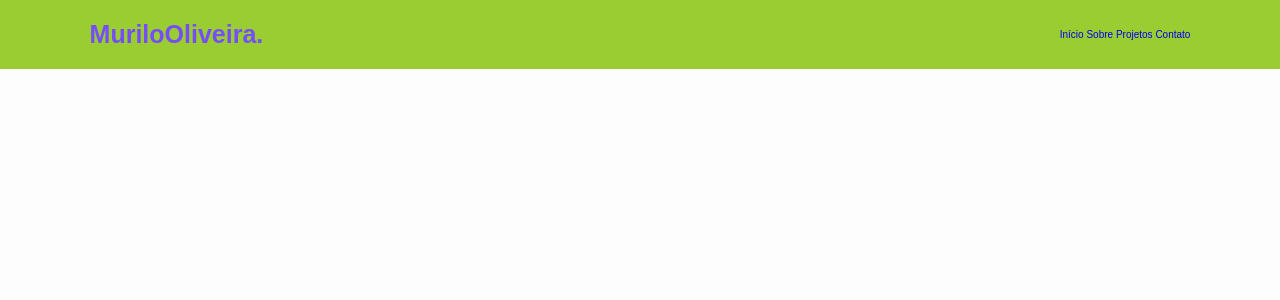
Repository: devMuriloOliveira/Portfolio-
Page: index.html
An editor plug-in stored every save of this project. The page is shown before and after the next save, followed by the edit.
The browser window is 1280 px wide. The pictures show the whole page.

Above is the page before, as saved 2023-03-10 15:20:20.

### index.html
<!DOCTYPE html>
<html lang="en">
  <head>
    <meta charset="UTF-8" />
    <meta http-equiv="X-UA-Compatible" content="IE=edge" />
    <meta name="viewport" content="width=device-width, initial-scale=1.0" />
    <title>Murilo Oliveira</title>

    <link
      rel="stylesheet"
      href="https://fonts.googleapis.com/css2?family=Material+Symbols+Outlined:opsz,wght,FILL,GRAD@20..48,100..700,0..1,-50..200"
    />

    <link rel="stylesheet" href="style.css" />
  </head>
  <body>
    <header class="header">
      <a class="logo" href="#">Murilo<span>Oliveira</span>.</a>

      <nav class="navbar">
        <a href="#home">Início</a>
        <a href="#Sobre">Sobre</a>
        <a href="#Projetos">Projetos</a>
        <a href="#Contato">Contato</a>
      </nav>
    </header>
    <script src="js/script.js"></script>
  </body>
</html>

### style.css
*{
  margin: 0;
  padding: 0;
  box-sizing: border-box;
  text-decoration: none;
  border: none;
  outline: none;
  scroll-behavior: smooth;
  font-family: 'Poppins', sans-serif;
}

:root{
  --bg-color: #fdfdfd;
  --text-color: #333;
  --main-color: #754ef9;
  --white-color: #fdfdfd;
  --shadow-color: rgba(0, 0, 0, .2);
}

html{
  font-size: 62.5%;
  overflow-x: hidden;
}

body{
  background: var(--bg-color);
  color: var(--text-color);
}

.header{
  position: fixed;
  top: 0;
  left: 0;
  width: 100%;
  padding: 2rem 7%;
  background: yellowgreen;
  display: flex;
  align-items: center;
  z-index: 100;
}

.logo{
  font-size: 2.5rem;
  color: var(--main-color);
  font-weight: 600;
  cursor: default;
  margin-right: auto;
}

Loaded but not shown: js/script.js (no stored copy; drawn as an empty file)

After the next save:
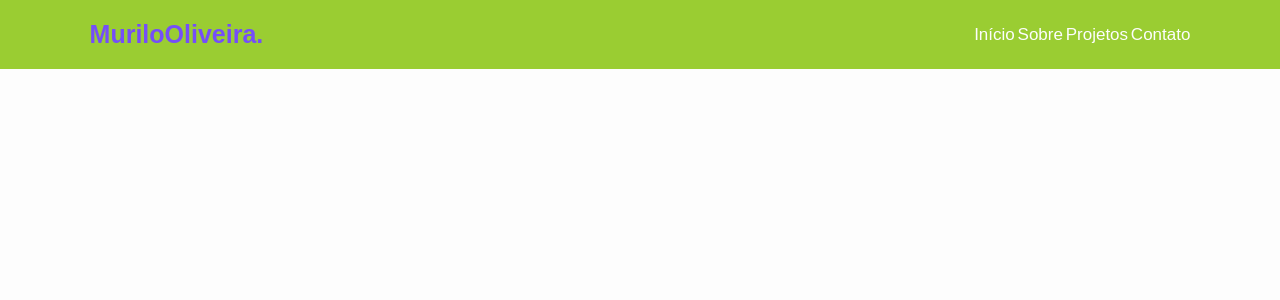
Saved 82 s later.
--- a/style.css
+++ b/style.css
@@ -46,3 +46,9 @@ body{
   cursor: default;
   margin-right: auto;
 }
+
+.navbar a{
+  font-size: 1.7rem;
+  color: var(--white-color);
+  font-weight: 500;
+}
